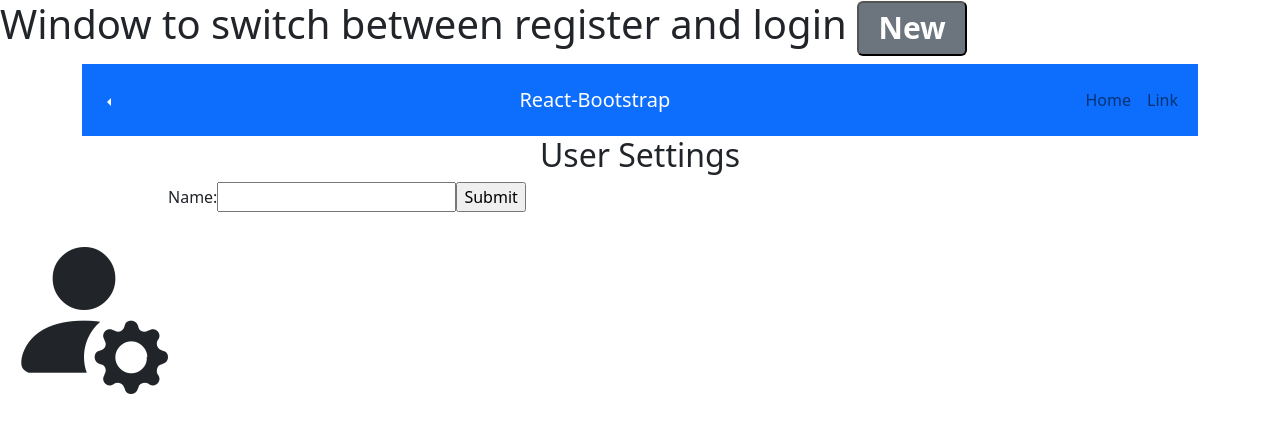
Repository: christenis98/RealWorldApp
Page: / (app in bank-frontend/)
The author's editor kept a copy of each file at every save. The page is drawn from the files as they stood at one save, then again after the next save.
The browser window is 1280 px wide. The pictures show the whole page.
The project was rebuilt for these pictures with package versions that can differ from the ones it lists, and the page was loaded fresh each time. Also part of the build but not shown: bank-frontend/src/App.css.

Above is the page before, as saved 2022-11-24 12:32:26.

After the next save:
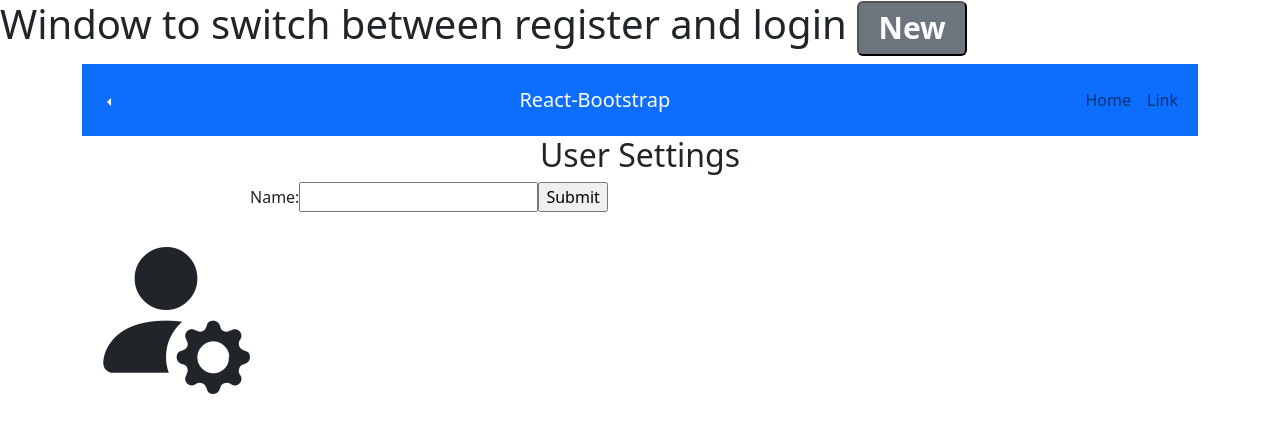
Saved 3 min 46 s later.
--- a/bank-frontend/src/js/UserSettings.jsx
+++ b/bank-frontend/src/js/UserSettings.jsx
@@ -2,7 +2,7 @@ import React from 'react'
 
 function UserSettings() {
     return (
-        <div className="d-flex flex-column bd-highlight ml-4 mb-3 ">
+        <div className="container d-flex flex-column bd-highlight">
             <div className="d-flex flex-row bd-highlight mx-auto ">
                 <h2>User Settings</h2>
             </div>
